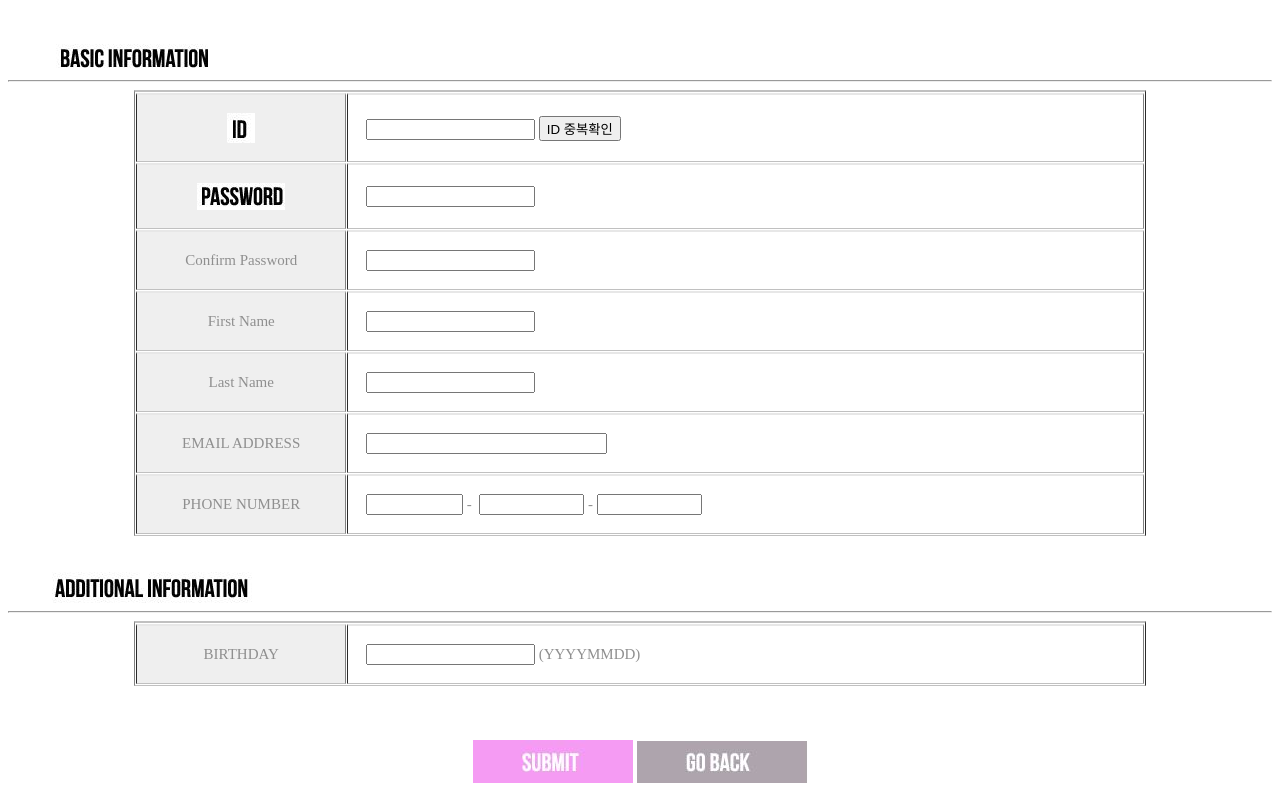
Repository: kminjoo/Making-website-using-JSP
Page: http://localhost/website_project/Register.jsp
An editor plug-in stored every save of this project. The page is shown before and after the next save, followed by the edit.
The browser window is 1280 px wide. The pictures show the whole page.
The page is served by Tomcat 9.

Above is the page before, as saved 2015-07-21 14:36:59.

After the next save:
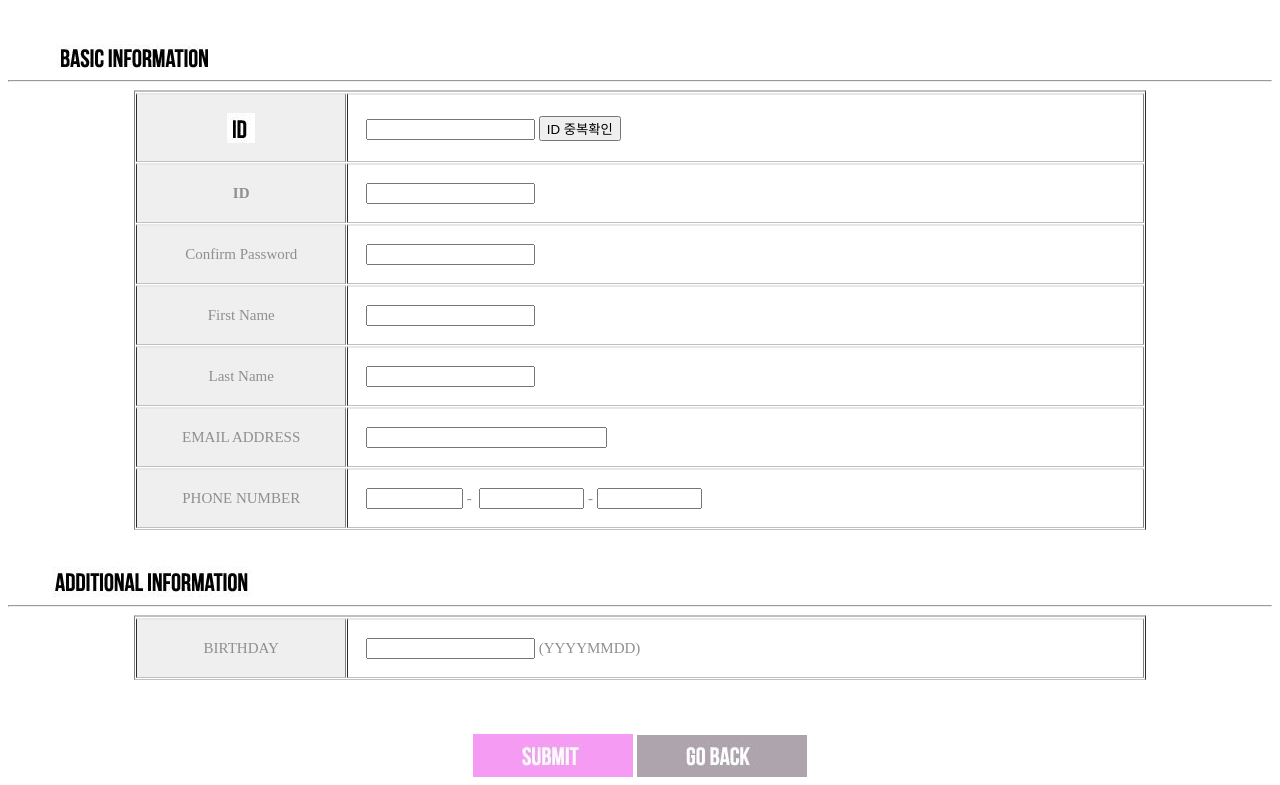
Saved 38 s later.
--- a/website_project/WebContent/Register.jsp
+++ b/website_project/WebContent/Register.jsp
@@ -23,8 +23,7 @@
 		<input type="button" value="ID 중복확인" onClick="idCheck(this.form.mem_id.value)"></td>
 	</tr>
 	<tr>
-		<td width="13%" align="center" bgcolor="#EFEFEF">
-<img src="<%=request.getContextPath() %>/images/pw2.JPG"/>
+		<td width="13%" align="center" bgcolor="#EFEFEF"><strong>ID</strong>
 </td>
 		<td width="60%"><input type="password" name="mem_passwd" size="18">
 	</tr>
